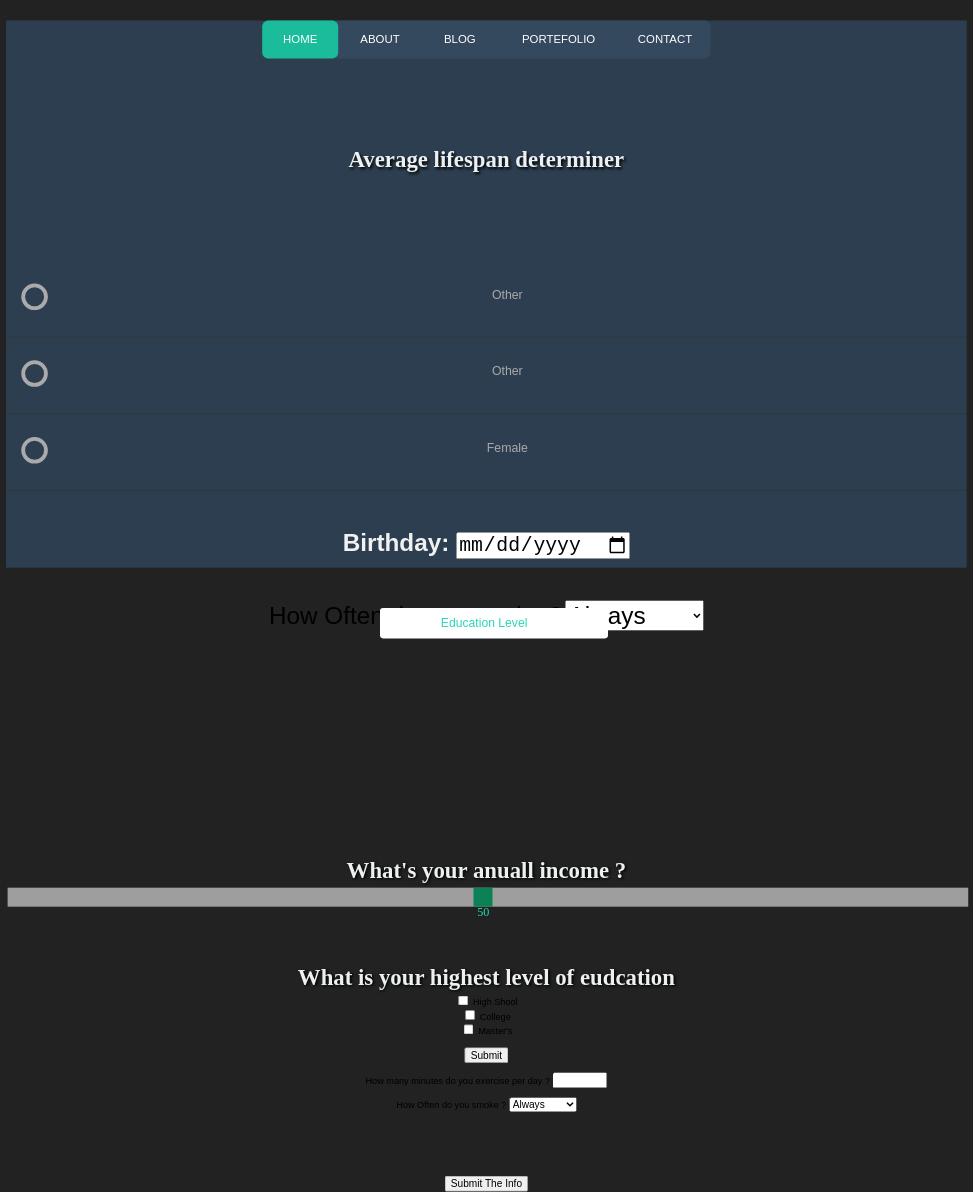
Repository: navid-amini12/capstone-1
Page: wordgame.html
These files come from the project's save history. The page is drawn as it stood at one moment and after the next save; the edit follows.
The browser window is 1280 px wide. The pictures show the whole page, at 76% of full size.

Above is the page before, as saved 2022-06-02 10:45:23.

### wordgame.html


  <link rel="stylesheet" type="text/css" href="Life.css">






<!-- NAVATION STARTING  -->

<nav class ="mynavigation">
  <a href="#">Home</a>
  <a href="#">About</a>
  <a href="#">Blog</a>
  <a href="#">Portefolio</a>
  <a href="#">Contact</a>
  <div class="animation start-home"></div>
</nav>
  <!-- NAVIGATION ENDING -->
  <br><br><br><br><br><br><br><br>

    <h1>Average lifespan determiner</h1>

    <br><br><br><br><br><br><br><br>

      <div class = "container90">

          <ul>
            <li>
              <input type="radio" id="s-option" name="selector">
              <label for="s-option">Other</label>

              <div class="check"><div class="inside"></div></div>
            </li>
            <li>
              <input type="radio" id="s-option" name="selector">
              <label for="s-option">Other</label>

              <div class="check"><div class="inside"></div></div>
            </li>

          <li>
            <input type="radio" id="t-option" name="selector">
            <label for="t-option">Female</label>

            <div class="check"><div class="inside"></div></div>
          </li>


        </ul>
   </div>




  <div class = "left"><form action="/action_page.php">
    <label style=" color: #f1f1f1; font-weight: bold; font-size: xx-large;" for="birthday">Birthday: </label>
    <input style = "font-size: xx-large" ;  type="date" id="birthday" name="birthday">

  </form>
 <br> <br> <br>
<label style = "font-size: xx-large" ;   for="cars">How Often do you smoke ?</label>

<select style = "font-size: xx-large" ;    id="questions">
<option value="volvo">Always</option>
<option value="saab">Often</option>
<option value="opel">Sometimes</option>
<option value="audi">Rarely</option>
<option value="audi">Never</option>
</select>
<br><br><br><br><br>












<span class = "optiondesign">
  <form id="app-cover">
  <div id="select-box">
    <input type="checkbox" id="options-view-button">
    <div id="select-button" class="brd">
      <div id="selected-value">
        <span>Education Level</span>
      </div>
      <div id="chevrons">
        <i class="fas fa-chevron-up"></i>
        <i class="fas fa-chevron-down"></i>
      </div>
    </div>
    <div id="options">
      <div class="option">
        <input class="s-c top" type="radio" name="platform" value="codepen">
        <input class="s-c bottom" type="radio" name="platform" value="codepen">
        <i class="fab fa-codepen"></i>
        <span class="label">CodePen</span>
        <span class="opt-val">CodePen</span>
      </div>
      <div class="option">
        <input class="s-c top" type="radio" name="platform" value="dribbble">
        <input class="s-c bottom" type="radio" name="platform" value="dribbble">
        <i class="fab fa-dribbble"></i>
        <span class="label">Dribbble</span>
        <span class="opt-val">Dribbble</span>
      </div>
      <div class="option">
        <input class="s-c top" type="radio" name="platform" value="behance">
        <input class="s-c bottom" type="radio" name="platform" value="behance">
        <i class="fab fa-behance"></i>
        <span class="label">Behance</span>
        <span class="opt-val">Behance</span>
      </div>
      <div class="option">
        <input class="s-c top" type="radio" name="platform" value="hackerrank">
        <input class="s-c bottom" type="radio" name="platform" value="hackerrank">
        <i class="fab fa-hackerrank"></i>
        <span class="label">HackerRank</span>
        <span class="opt-val">HackerRank</span>
      </div>
      <div class="option">
        <input class="s-c top" type="radio" name="platform" value="stackoverflow">
        <input class="s-c bottom" type="radio" name="platform" value="stackoverflow">
        <i class="fab fa-stack-overflow"></i>
        <span class="label">StackOverflow</span>
        <span class="opt-val">StackOverflow</span>
      </div>
      <div class="option">
        <input class="s-c top" type="radio" name="platform" value="freecodecamp">
        <input class="s-c bottom" type="radio" name="platform" value="freecodecamp">
        <i class="fab fa-free-code-camp"></i>
        <span class="label">FreeCodeCamp</span>
        <span class="opt-val">FreeCodeCamp</span>
      </div>
      <div id="option-bg"></div>
    </div>
  </div>
</form>



</span>

















<br><br><br><br><br><br><br><br><br><br><br><br><br><br><br><br><br>
<h1>What's your anuall income ?</h1>

<div class="slidecontainer">
  <input type="range" min="1" max="100" value="50" class="slider" id="myRange">
  <p> <span id="demo"></span></p>
</div>

<br><br><br><br><br>


<h1>What is your highest level of eudcation</h1>

<form id = "checkbox1">
<input type="checkbox" id="vehicle1" name="vehicle1" value="Bike">
<label for="vehicle1"> High Shool</label><br>
<input type="checkbox" id="vehicle2" name="vehicle2" value="Car">
<label for="vehicle2"> College</label><br>
<input type="checkbox" id="vehicle3" name="vehicle3" value="Boat">
<label for="vehicle3"> Master's</label><br><br>
<input type="submit" value="Submit">
</form>

<form>
  <label for="quantity">How many minutes do you exercise per day ? </label>
  <input type="number" id="quantity" name="quantity" min="0" max="1000">
</form>




<label for="cars">How Often do you smoke ?</label>

<select id="myquestions">
<option value="always">Always</option>
<option value="often">Often</option>
<option value="sometimes">Sometimes</option>
<option value="rarely">Rarely</option>
<option value="never">Never</option>
</select>
<br>
<br>
<br>
<br>


<br>
<br>
<br>
<button id = "submitInfo">Submit The Info</button></div>





<!-- <input id = "submitInfo" type="button" value = "Submit Info" onclick="alert('Submitting INfo');" /></div> -->

  </div>



  <!-- <input id = "submitInfo" type="button" value = "Submit Info" onclick="alert('Submitting INfo');" /> -->


















  <body class="container">
    <ul id="people" class=""></ul>


    <script src="https://unpkg.com/axios/dist/axios.min.js"></script>
    <script>

      document.getElementById("submitInfo").onclick = function () {
        axios
          .get("http://localhost:4000/api/users")
          .then(function (response) {
            var e = document.getElementById("myquestions");
            var strUser = e.options[e.selectedIndex].text;


            var x = document.getElementById("vehicle1").value;





var slider = document.getElementById("myRange");
    var output = document.getElementById("demo");
    output.innerHTML = slider.value;

    slider.oninput = function() {
      output.innerHTML = this.value;
    }


     if (strUser == "Never") {

         alert(x)



       alert( document.getElementById("people").innerHTML = response.data[0] )

    }
          })


          .catch(function (err) {
            document.getElementById("people").innerHTML =
              '<li class="text-danger">' + err.message + "</li>";
          });
      };
    </script>




   <!-- starting js for slider value -->
   <script>
   var slider = document.getElementById("myRange");
    var output = document.getElementById("demo");
    output.innerHTML = slider.value;

    slider.oninput = function() {
      output.innerHTML = this.value;
    }
    </script>
   <!-- ending js for slider value  -->

### Life.css
#demo {
  position: relative;
  top : 525px;
  right: 12px;
}


/* starting of slider */

.slidecontainer {
  width: 100%;
}

.slider {
  -webkit-appearance: none;
  width: 100%;
  height: 25px;
  background: #d3d3d3;
  outline: none;
  opacity: 0.7;
  -webkit-transition: .2s;
  transition: opacity .2s;
}

.slider:hover {
  opacity: 1;
}

.slider::-webkit-slider-thumb {
  -webkit-appearance: none;
  appearance: none;
  width: 25px;
  height: 25px;
  background: #04AA6D;
  cursor: pointer;
}

.slider::-moz-range-thumb {
  width: 25px;
  height: 25px;
  background: #04AA6D;
  cursor: pointer;
}




/* ending of slider */

.optiondesign {



}


* {
  user-select: none;
}

*:focus {
  outline: none;
}

/* html,
body {
  height: 100%;
  min-height: 100%;
} */

/* body {
  font-family: "Segoe UI", Tahoma, Geneva, Verdana, sans-serif;
  padding-bottom: 100px;
  margin: 0;
  background-color: #ebf3f3;
} */

/* .brd {
  border: 1px solid #e2eded;
  border-color: #eaf1f1 #e4eded #dbe7e7 #e4eded;
} */

#info {
  position: absolute;
  top: 0;
  right: 0;
  left: 0;
  color: #2d3667;
  font-size: 16px;
  text-align: center;
  padding: 14px;
  background-color: #f3f9f9;
}

#app-cover {
  position: absolute;
  top: 700px;
  right: 0;
  left: 20px;
  width: 300px;
  height: 42px;
  margin: 100px auto 0 auto;
  z-index: 1;
}

#select-button {
  position: relative;
  height: 16px;
  padding: 12px 14px;
  background-color: #fff;
  border-radius: 4px;
  cursor: pointer;
}

#options-view-button {
  position: absolute;
  top: 0;
  right: 0;
  bottom: 0;
  left: 0;
  width: 100%;
  height: 100%;
  margin: 0;
  opacity: 0;
  cursor: pointer;
  z-index: 3;
}

#selected-value {
  font-size: 16px;
  line-height: 1;
  margin-right: 26px;
}

.option i {
  width: 16px;
  height: 16px;
}

.option,
.label {
  color: #2d3667;
  font-size: 16px;
}

#chevrons {
  position: absolute;
  top: 0;
  right: 0;
  bottom: 0;
  width: 12px;
  padding: 9px 14px;
}

#chevrons i {
  display: block;
  height: 50%;
  color: #d1dede;
  font-size: 12px;
  text-align: right;
}

#options-view-button:checked + #select-button #chevrons i {
  color: #2d3667;
}

.options {
  position: absolute;
  left: 0;
  width: 250px;
}

#options {
  position: absolute;
  top: 42px;
  right: 0;
  left: 0;
  width: 298px;
  margin: 0 auto;
  background-color: #fff;
  border-radius: 4px;
}

#options-view-button:checked ~ #options {
  border: 1px solid #e2eded;
  border-color: #eaf1f1 #e4eded #dbe7e7 #e4eded;
}

.option {
  position: relative;
  line-height: 1;
  transition: 0.3s ease all;
  z-index: 2;
}

.option i {
  position: absolute;
  left: 14px;
  padding: 0;
  display: none;
}

#options-view-button:checked ~ #options .option i {
  display: block;
  padding: 12px 0;
}

.label {
  display: none;
  padding: 0;
  margin-left: 27px;
}

#options-view-button:checked ~ #options .label {
  display: block;
  padding: 12px 14px;
}

.s-c {
  position: absolute;
  left: 0;
  width: 100%;
  height: 50%;
}

.s-c.top {
  top: 0;
}

.s-c.bottom {
  bottom: 0;
}

input[type="radio"] {
  position: absolute;
  right: 0;
  left: 0;
  width: 100%;
  height: 50%;
  margin: 0;
  opacity: 0;
  cursor: pointer;
}

.s-c:hover ~ i {
  color: #fff;
  opacity: 0;
}

.s-c:hover {
  height: 100%;
  z-index: 1;
}

.s-c.bottom:hover + i {
  bottom: -25px;
  animation: moveup 0.3s ease 0.1s forwards;
}

.s-c.top:hover ~ i {
  top: -25px;
  animation: movedown 0.3s ease 0.1s forwards;
}

@keyframes moveup {
  0% {
    bottom: -25px;
    opacity: 0;
  }
  100% {
    bottom: 0;
    opacity: 1;
  }
}

@keyframes movedown {
  0% {
    top: -25px;
    opacity: 0;
  }
  100% {
    top: 0;
    opacity: 1;
  }
}

.label {
  transition: 0.3s ease all;
}

.opt-val {
  position: absolute;
  left: 14px;
  width: 217px;
  height: 21px;
  opacity: 0;
  background-color: #fff;
  transform: scale(0);
}

.option input[type="radio"]:checked ~ .opt-val {
  opacity: 1;
  transform: scale(1);
}

.option input[type="radio"]:checked ~ i {
  top: 0;
  bottom: auto;
  opacity: 1;
  animation: unset;
}

.option input[type="radio"]:checked ~ i,
.option input[type="radio"]:checked ~ .label {
  color: #fff;
}

.option input[type="radio"]:checked ~ .label:before {
  content: "";
  position: absolute;
  top: 0;
  right: 0;
  bottom: 0;
  left: 0;
  z-index: -1;
}

#options-view-button:not(:checked)
  ~ #options
  .option
  input[type="radio"]:checked
  ~ .opt-val {
  top: -30px;
}

.option:nth-child(1) input[type="radio"]:checked ~ .label:before {
  background-color: #000;
  border-radius: 4px 4px 0 0;
}

.option:nth-child(1) input[type="radio"]:checked ~ .opt-val {
  top: -31px;
}

.option:nth-child(2) input[type="radio"]:checked ~ .label:before {
  background-color: #ea4c89;
}

.option:nth-child(2) input[type="radio"]:checked ~ .opt-val {
  top: -71px;
}

.option:nth-child(3) input[type="radio"]:checked ~ .label:before {
  background-color: #0057ff;
}

.option:nth-child(3) input[type="radio"]:checked ~ .opt-val {
  top: -111px;
}

.option:nth-child(4) input[type="radio"]:checked ~ .label:before {
  background-color: #32c766;
}

.option:nth-child(4) input[type="radio"]:checked ~ .opt-val {
  top: -151px;
}

.option:nth-child(5) input[type="radio"]:checked ~ .label:before {
  background-color: #f48024;
}

.option:nth-child(5) input[type="radio"]:checked ~ .opt-val {
  top: -191px;
}

.option:nth-child(6) input[type="radio"]:checked ~ .label:before {
  background-color: #006400;
  border-radius: 0 0 4px 4px;
}

.option:nth-child(6) input[type="radio"]:checked ~ .opt-val {
  top: -231px;
}

.option .fa-codepen {
  color: #000;
}

.option .fa-dribbble {
  color: #ea4c89;
}

.option .fa-behance {
  color: #0057ff;
}

.option .fa-hackerrank {
  color: #32c766;
}

.option .fa-stack-overflow {
  color: #f48024;
}

.option .fa-free-code-camp {
  color: #006400;
}

#option-bg {
  position: absolute;
  top: 0;
  right: 0;
  left: 0;
  height: 40px;
  transition: 0.3s ease all;
  z-index: 1;
  display: none;
}

#options-view-button:checked ~ #options #option-bg {
  display: block;
}

.option:hover .label {
  color: #fff;
}

.option:nth-child(1):hover ~ #option-bg {
  top: 0;
  background-color: #000;
  border-radius: 4px 4px 0 0;
}

.option:nth-child(2):hover ~ #option-bg {
  top: 40px;
  background-color: #ea4c89;
}

.option:nth-child(3):hover ~ #option-bg {
  top: 80px;
  background-color: #0057ff;
}

.option:nth-child(4):hover ~ #option-bg {
  top: 120px;
  background-color: #32c766;
}

.option:nth-child(5):hover ~ #option-bg {
  top: 160px;
  background-color: #f48024;
}

.option:nth-child(6):hover ~ #option-bg {
  top: 200px;
  background-color: #006400;
  border-radius: 0 0 4px 4px;
}







@import url('https://fonts.googleapis.com/css?family=Lato');

body, html{
  height: 100%;
  background: #222222;
	font-family: 'Lato', sans-serif;
}

.container90{
 text-align: center;
}

h2 {
	color: #AAAAAA;
}

.container ul{
  list-style: none;
  margin: 0;
  padding: 0;
	overflow: auto;
}

ul li{
  color: #AAAAAA;
  display: block;
  position: relative;
  float: left;
  width: 100%;
  height: 100px;
	border-bottom: 1px solid #333;
}

ul li input[type=radio]{
  position: absolute;
  visibility: hidden;
}

ul li label{
  display: block;
  position: relative;
  font-weight: 300;
  font-size: 1.35em;
  padding: 25px 25px 25px 80px;
  margin: 10px auto;
  height: 30px;
  z-index: 9;
  cursor: pointer;
  -webkit-transition: all 0.25s linear;
}

ul li:hover label{
	color: #FFFFFF;
}

ul li .check{
  display: block;
  position: absolute;
  border: 5px solid #AAAAAA;
  border-radius: 100%;
  height: 25px;
  width: 25px;
  top: 30px;
  left: 20px;
	z-index: 5;
	transition: border .25s linear;
	-webkit-transition: border .25s linear;
}

ul li:hover .check {
  border: 5px solid #FFFFFF;
}

ul li .check::before {
  display: block;
  position: absolute;
	content: '';
  border-radius: 100%;
  height: 15px;
  width: 15px;
  top: 5px;
	left: 5px;
  margin: auto;
	transition: background 0.25s linear;
	-webkit-transition: background 0.25s linear;
}

input[type=radio]:checked ~ .check {
  border: 5px solid #0DFF92;
}

input[type=radio]:checked ~ .check::before{
  background: #0DFF92;
}

input[type=radio]:checked ~ label{
  color: #0DFF92;
}

.signature {
	margin: 10px auto;
	padding: 10px 0;
	width: 100%;
}

.signature p{
	text-align: center;
	font-family: Helvetica, Arial, Sans-Serif;
	font-size: 0.85em;
	color: #AAAAAA;
}

.signature .much-heart{
	display: inline-block;
	position: relative;
	margin: 0 4px;
	height: 10px;
	width: 10px;
	background: #AC1D3F;
	border-radius: 4px;
	-ms-transform: rotate(45deg);
    -webkit-transform: rotate(45deg);
    transform: rotate(45deg);
}

.signature .much-heart::before,
.signature .much-heart::after {
	  display: block;
  content: '';
  position: absolute;
  margin: auto;
  height: 10px;
  width: 10px;
  border-radius: 5px;
  background: #AC1D3F;
  top: -4px;
}

.signature .much-heart::after {
	bottom: 0;
	top: auto;
	left: -4px;
}

.signature a {
	color: #AAAAAA;
	text-decoration: none;
	font-weight: bold;
}


/* Styles for alert...
by the way it is so weird when you look at your code a couple of years after you wrote it XD */

.alert {
	box-sizing: border-box;
	background-color: #BDFFE1;
	width: 100%;
	position: relative;
	top: 0;
	left: 0;
	z-index: 300;
	padding: 20px 40px;
	color: #333;
}

.alert h2 {
	font-size: 22px;
	color: #232323;
	margin-top: 0;
}

.alert p {
	line-height: 1.6em;
	font-size:18px;
}

.alert a {
	color: #232323;
	font-weight: bold;
}






/* startin of navtation css */

.left {
  margin-top: 50px;
  text-align: center;
}






nav {
  margin: 27px auto 0;

  position: relative;
  width: 590px;
  height: 50px;
  background-color: #34495e;
  border-radius: 8px;
  font-size: 0;
}
nav a {
  line-height: 50px;
  height: 100%;
  font-size: 15px;
  display: inline-block;
  position: relative;
  z-index: 1;
  text-decoration: none;
  text-transform: uppercase;
  text-align: center;
  color: white;
  cursor: pointer;
}
nav .animation {
  position: absolute;
  height: 100%;
  top: 0;
  z-index: 0;
  transition: all .5s ease 0s;
  border-radius: 8px;
}
a:nth-child(1) {
  width: 100px;
}
a:nth-child(2) {
  width: 110px;
}
a:nth-child(3) {
  width: 100px;
}
a:nth-child(4) {
  width: 160px;
}
a:nth-child(5) {
  width: 120px;
}
nav .start-home, a:nth-child(1):hover~.animation {
  width: 100px;
  left: 0;
  background-color: #1abc9c;
}
nav .start-about, a:nth-child(2):hover~.animation {
  width: 110px;
  left: 100px;
  background-color: #e74c3c;
}
nav .start-blog, a:nth-child(3):hover~.animation {
  width: 100px;
  left: 210px;
  background-color: #3498db;
}
nav .start-portefolio, a:nth-child(4):hover~.animation {
  width: 160px;
  left: 310px;
  background-color: #9b59b6;
}
nav .start-contact, a:nth-child(5):hover~.animation {
  width: 120px;
  left: 470px;
  background-color: #e67e22;
}

body {
  font-size: 12px;
  font-family: sans-serif;
  background: #2c3e50;
}
h1 {
  text-align: center;
  margin: 40px 0 40px;
  text-align: center;
  font-size: 30px;
  color: #ecf0f1;
  text-shadow: 2px 2px 4px #000000;
  font-family: 'Cherry Swash', cursive;
}

p {
    position: absolute;
    bottom: 20px;
    width: 100%;
    text-align: center;
    color: #ecf0f1;
    font-family: 'Cherry Swash',cursive;
    font-size: 16px;
}

span {
    color: #2BD6B4;
}




/* Navigation  */

/*
@import url('https://fonts.googleapis.com/css?family=Lobster&display=swap') repeat scroll 0 0 rgba(0, 0, 0 , 0);

body {
  background: #fff;
}

.title {
  font-size: 2.5rem;
  font-family: 'Lobster', cursive;
}

.container {
  animation: scroll 70s linear infinite;
  background: url("https://images.unsplash.com/photo-1465146633011-14f8e0781093?ixlib=rb-1.2.1&ixid=eyJhcHBfaWQiOjEyMDd9&auto=format&fit=crop&w=3450&q=80"), #111111;
  color: #eee;
  height: 100vh;
  min-width: 360px;
  width: 100%;
  display: flex;
  justify-content: center;
  align-items: center;
  perspective: 1000px;
  perspective-origin: 50% 50%;

}

@keyframes scroll {
   100%{
    background-position:0px -3000px;
  }
}

@media (prefers-reduced-motion) {
  .container {
    animation: scroll 200s linear infinite;
  }
}

@media (min-width: 670px) {
  .title {
    font-size: 5rem;
  }
}

#modalContainer {
  background-color:rgba(0, 0, 0, 0.3);
  position:absolute;
  top:0;
  width:100%;
  height:100%;
  left:0px;
  z-index:10000;
  background-image:url(tp.png); /* required by MSIE to prevent actions on lower z-index elements */
}

#alertBox {
  position:relative;
  width:33%;
  min-height:20%;
  max-height:35%;
  margin-top:50px;
  border:1px solid #fff;
  background-color:#fff;
  background-repeat:no-repeat;
  top:30%;
}

#modalContainer > #alertBox {
  position:fixed;
}

#alertBox h1 {
  margin:0;
  font:bold 1em Raleway,arial;
  background-color:#f97352;
  color:#FFF;
  border-bottom:1px solid #f97352;
  padding:10px 0 10px 5px;
}


#alertBox #closeBtn {
  display:block;
  position:relative;
  margin:100px auto 100px auto;
  padding:7px;
  border:0 none;
  width:70px;
  text-transform:uppercase;
  text-align:center;
  color:#FFF;
  background-color:#f97352;
  border-radius: 0px;
  text-decoration:none;
  outline:0!important;
}

/* unrelated styles */

#mContainer {
  position:relative;
  width:600px;
  margin:auto;
  padding:5px;
  border-top:2px solid #fff;
  border-bottom:2px solid #fff;
}

h1,h2 {
  margin:0;
  padding:4px;
}

code {
  font-size:1.2em;
  color:#069;
}

#credits {
  position:relative;
  margin:25px auto 0px auto;
  width:350px;
  font:0.7em verdana;
  border-top:1px solid #000;
  border-bottom:1px solid #000;
  height:90px;
  padding-top:4px;
}

#credits img {
  float:left;
  margin:5px 10px 5px 0px;
  border:1px solid #000000;
  width:80px;
  height:79px;
}

.important {
  background-color:#F5FCC8;
  padding:2px;

}

@media (max-width: 600px)
{
  #alertBox {
  position:relative;
  width:90%;
  top:30%;
}


 */

After the next save:
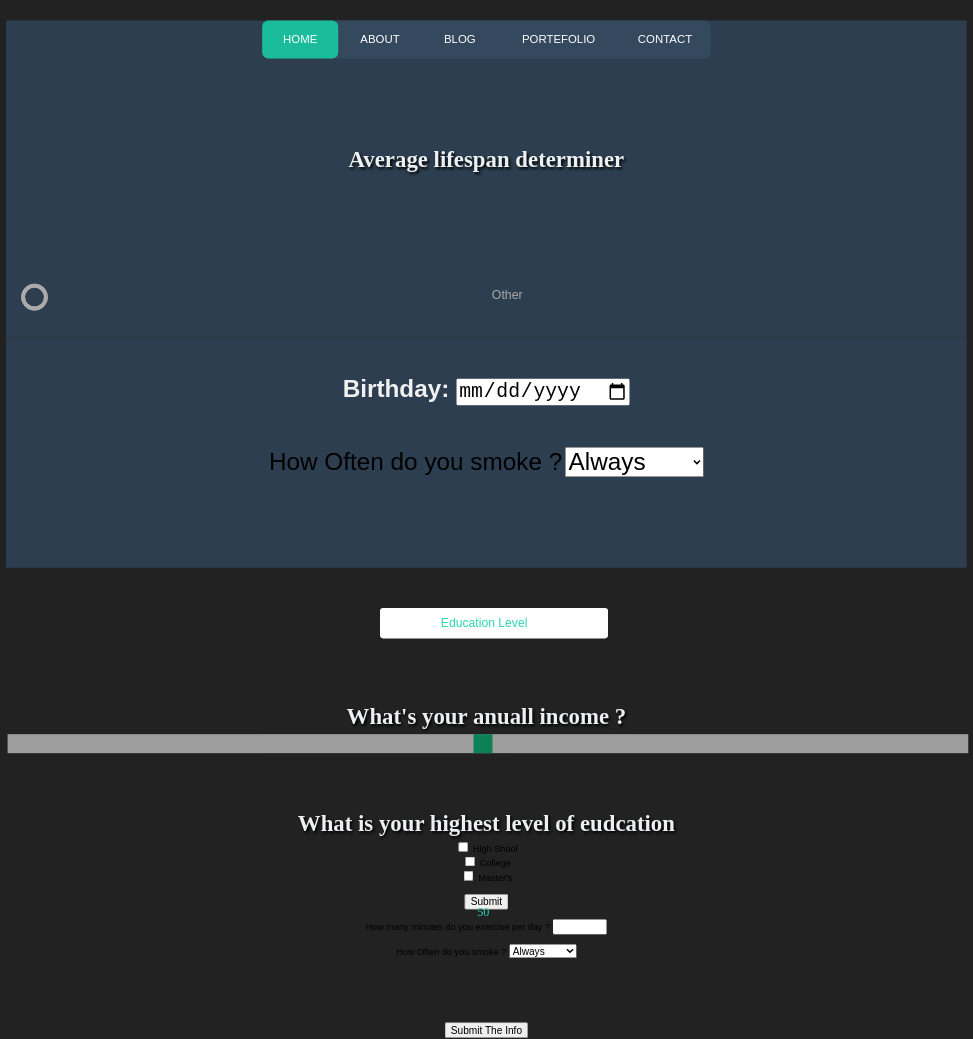
Saved 17 s later.
--- a/wordgame.html
+++ b/wordgame.html
@@ -32,15 +32,7 @@
               <label for="s-option">Other</label>
 
               <div class="check"><div class="inside"></div></div>
-            </li>
-            <li>
-              <input type="radio" id="s-option" name="selector">
-              <label for="s-option">Other</label>
-
-              <div class="check"><div class="inside"></div></div>
-            </li>
-
-          <li>
+
             <input type="radio" id="t-option" name="selector">
             <label for="t-option">Female</label>
 
